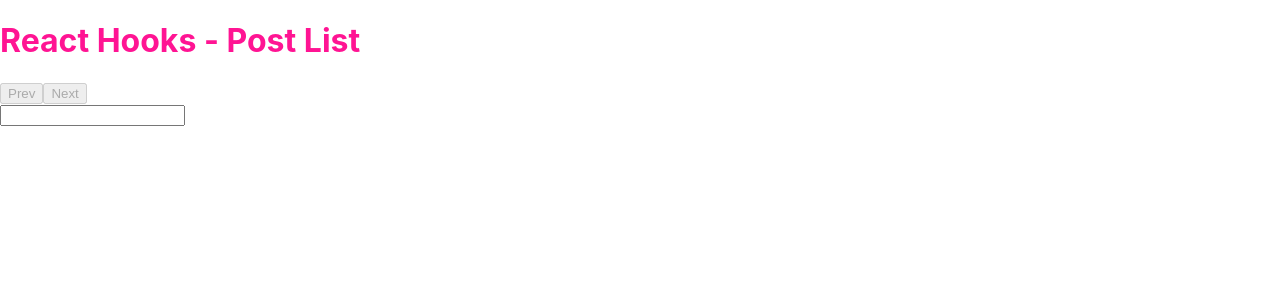
Repository: trongtamdev/react-hooks-basic
Page: /
These files come from the project's save history. The page is drawn as it stood at one moment and after a run of saves; the edit follows.
The browser window is 1280 px wide. The pictures show the whole page.
The page's requests for data from a server got no answer. The project was rebuilt for these pictures with package versions that can differ from the ones it lists, and the page was loaded fresh each time. No one was signed in, and anything a server would have sent is missing. Also part of the build but not shown: src/components/ColorBox/ColorBox.scss, src/components/ColorBox/index.jsx, src/components/TodoList/index.jsx, src/components/TodoForm/index.jsx.

Above is the page before, as saved 2022-09-05 15:34:02.

### src/App.js
import logo from './logo.svg';
import './App.scss';
import queryString from 'query-string';
import ColorBox from './components/ColorBox';
import { useEffect, useState } from 'react';
import TodoList from './components/TodoList';
import TodoForm from './components/TodoForm';
import PostList from './components/PostList';
import Pagination from './components/Pagination';
import PostFiltersForm from './components/PostFiltersForm';

function App() {
  const [todoList, setTodoList] = useState([
    { id: 1, title: 'I love Easy Frontend! 😍 ' },
    { id: 2, title: 'We love Easy Frontend! 🥰 ' },
    { id: 3, title: 'They love Easy Frontend! 🚀 ' },
  ]);

  const [postList, setPostList] = useState([]);
  const [pagination, setPagination] = useState({
    _page: 1,
    _limit: 10,
    _totalRows: 1,
  });
  const [filters, setFilters] =useState({
    _limit: 10,
    _page: 1,
  })



  useEffect(() => {
    async function fetchPostList(){
      //...
      try {
        const paramsString = queryString.stringify(filters);
        const requestUrl=`http://js-post-api.herokuapp.com/api/posts?${paramsString}`;
        const response = await fetch(requestUrl);
        const responseJSON = await response.json();
        console.log({responseJSON});

        const {data , pagination}= responseJSON;
        setPostList(data);
        setPagination(pagination);
      } catch (error) {
        console.log('Failed to fetch post list: ', error.message)
      }

    }

    fetchPostList();
  },[filters]);


  function handlePageChange (newPage) {
    console.log('New Page: ', newPage)
    setFilters({
      ...filters,
      _page: newPage,
    })
  }

  function handleTodoClick(todo){
    console.log(todo)
    const index = todoList.findIndex(x => x.id===todo.id);
    if(index <0) return;

    const newTodoList= [...todoList];
    newTodoList.splice(index,1);
    setTodoList(newTodoList);
  }

  function handleTodoFormSubmit (formValues){
    console.log('Form submit:' ,formValues)
    const newTodo={
      id: todoList.length + 1,
      ...formValues,
    };
    const newTodoList=[...todoList] ;
    newTodoList.push(newTodo);
    setTodoList(newTodoList);
  }

  return (
    <div className="App">
      <h1>React Hooks - Post List</h1>


      {/* <TodoForm onSubmit={handleTodoFormSubmit}/> */}
      {/* <TodoList todos={todoList} onTodoClick={handleTodoClick}/> */}
      <PostList posts={postList} />
      <Pagination
        pagination={pagination}
        onPageChange={handlePageChange}
      />
      <PostFiltersForm />

      {/* <ColorBox /> */}
    </div>
  );
}

export default App;

### src/App.scss
.App {
  color: deeppink;
}

### src/components/PostList/index.jsx
import React from 'react';
import PropTypes from 'prop-types';

PostList.propTypes = {
    posts: PropTypes.array,
};

PostList.defaultProps = {
    posts:[],
}

function PostList(props) {
    const {posts} = props;



    return (
        <div>
            <ul className="post-list">
                {posts.map(post => (
                    <li key={post.id} >
                        {post.title}
                    </li>
                ))}
            </ul>
        </div>
    );
}

export default PostList;

### src/components/Pagination/index.jsx
import React from 'react';
import PropTypes from 'prop-types';

Pagination.propTypes = {
    pagination: PropTypes.object.isRequired,
    onPageChange: PropTypes.func,
};

Pagination.defaultProps = {
    onPageChange: null,
}

function Pagination(props) {
    const {pagination, onPageChange} = props;
    const {_page, _limit, _totalRows} = pagination;
    const totalPages= Math.ceil(_totalRows / _limit)

    function handlePageChange(newPage) {
        if(onPageChange){
            onPageChange(newPage)
        }
    }




    return (
        <div>
            <button
                disabled={_page <=1}
                onClick={() => handlePageChange(_page -1)}
            >
                Prev
            </button>

            <button
                disabled={_page >= totalPages}
                onClick={() => handlePageChange(_page +1)}
            >
                Next
            </button>

        </div>
    );
}

export default Pagination;

### src/components/PostFiltersForm/index.jsx
import React, { useState } from 'react';
import PropTypes from 'prop-types';

PostFiltersForm.propTypes = {
    onSubmit: PropTypes.func,
};

PostFiltersForm.defaultProps = {
    onSubmit: null,
}

function PostFiltersForm(props) {
    const { onSubmit } = props;
    const [searchTerm, setSearchTerm] = useState('');

    function handleSearchTermChange(e) {
        setSearchTerm(e.target.value);

        if (!onSubmit) return;

        const formValues = {
            searchTerm,
        }
        onSubmit(formValues);
    }

    return (
        <div>
            <form>
                <input
                    type="text"
                    value={searchTerm}
                    onChange={handleSearchTermChange}
                >
                </input>
            </form>

        </div>
    );
}

export default PostFiltersForm;

Loaded but not shown: public/index.html (common file); src/index.js (common file); src/index.css (common file); src/reportWebVitals.js (common file)

After the next 3 saves:
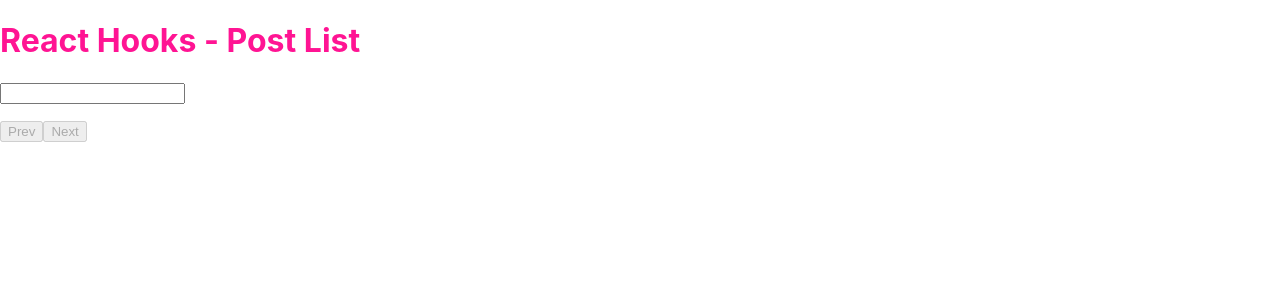
The 3 saves are shown as one change because they came seconds apart.
The last was saved 15 s later.
--- a/src/App.js
+++ b/src/App.js
@@ -88,12 +88,14 @@ function App() {
 
       {/* <TodoForm onSubmit={handleTodoFormSubmit}/> */}
       {/* <TodoList todos={todoList} onTodoClick={handleTodoClick}/> */}
+
+      <PostFiltersForm />
       <PostList posts={postList} />
       <Pagination
         pagination={pagination}
         onPageChange={handlePageChange}
       />
-      <PostFiltersForm />
+
 
       {/* <ColorBox /> */}
     </div>
